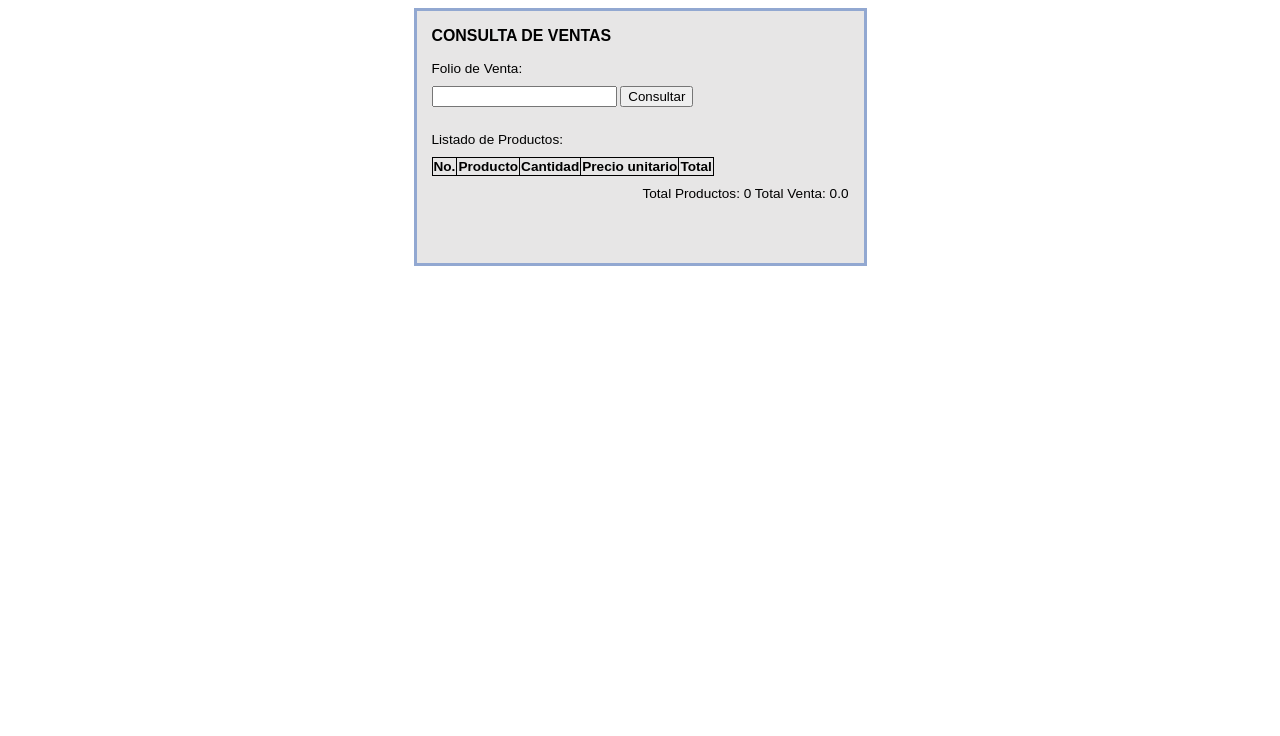
Repository: juanmondragonc/torre-project
Page: http://localhost/torre/sales
An editor plug-in stored every save of this project. The page is shown before and after the next save, followed by the edit.
The browser window is 1280 px wide. The pictures show the whole page.
The page is served by Tomcat 9. The session is filled in as if someone had signed in: {"username": "testuser"}. Other server files are loaded and not shown. Queries for data that is not in the repository find no rows.

Above is the page before, as saved 2022-08-10 21:10:13.

### torre/src/main/webapp/index.jsp
<%@ taglib prefix="c" uri="http://java.sun.com/jsp/jstl/core" %>
<%@ page language="java" contentType="text/html; charset=UTF-8" pageEncoding="UTF-8"%>
<%
	if(session.getAttribute("username")==null){
		response.sendRedirect("login.jsp");
	}
%>

<!DOCTYPE html>
<html>
<head>
	<link rel="stylesheet" href="css/style.css">
</head>
<body>
	<div class="container">
		<div class="section-sale">
			<form method="get" action="sales">
			<h3>CONSULTA DE VENTAS</h3>
				<div class="form-group">
					<label>Folio de Venta:</label>
				</div>
				<div class="form-group">
					<input type="text" name="invoice" id="invoice" />
					<input type="submit" value="Consultar"/>
				</div>
			</form>
			<div class="table-group">
				<label>Listado de Productos:</label>
			</div>
			<div class="horizontal-scroll">
				<table>
				  <tr>
				    <th>No.</th>
				    <th>Producto</th>
				    <th>Cantidad</th>
				    <th>Precio unitario</th>
				    <th>Total</th>
				  </tr>
					<c:forEach var="product" items="${Products}">
						<tr>
							<td>${product.pos}</td>
							<td>${product.product}</td>
							<td>${product.quantity}</td>
							<td>${product.price}</td>
							<td>${product.quantity * product.price}</td>
						</tr>
				  	</c:forEach>
				</table>
			</div>

			<div class="total-group">
				<label>Total Productos: <c:out value="${Items}"/></label>
				<label>Total Venta: <c:out value="${Sale}"/></label>
			</div>
		</div>
	</div>
</body>
</html>

### torre/src/main/java/com/torre/sales/SalesServlet.java
package com.torre.sales;

import java.io.IOException;
import java.sql.Connection;
import java.sql.DriverManager;
import java.sql.PreparedStatement;
import java.sql.ResultSet;
import java.util.ArrayList;
import java.util.List;

import javax.servlet.ServletException;
import javax.servlet.annotation.WebServlet;
import javax.servlet.http.HttpServlet;
import javax.servlet.http.HttpServletRequest;
import javax.servlet.http.HttpServletResponse;

import com.torre.model.Invoice;

@WebServlet("/sales")
public class SalesServlet extends HttpServlet {
	private static final long serialVersionUID = 1L;

    /**
     * @see HttpServlet#HttpServlet()
     */
    public SalesServlet() {
        super();
        // TODO Auto-generated constructor stub
    }

	/**
	 * @see HttpServlet#doGet(HttpServletRequest request, HttpServletResponse response)
	 */
	protected void doGet(HttpServletRequest request, HttpServletResponse response) throws ServletException, IOException {
		String invoice = request.getParameter("invoice");
		try {
			Class.forName("com.mysql.cj.jdbc.Driver");
			Connection conn = DriverManager.getConnection("jdbc:mysql://localhost:3306/torre_project","root","");
			PreparedStatement query = conn.prepareStatement("SELECT * FROM tb_sales WHERE invoice = ?");
			query.setString(1, invoice);
			ResultSet result = query.executeQuery();
			List<Invoice> list = new ArrayList<>();
			int pos = 1;
			int items = 0;
			float sale = 0;
			while (result.next()) {
				Invoice inv = new Invoice();
				inv.setId(result.getInt(1));
				inv.setPos(pos++);
				inv.setInvoice(result.getInt(2));
				inv.setProduct(result.getString(3));
				inv.setQuantity(result.getInt(4));
				inv.setPrice(result.getFloat(5));
				list.add(inv);
				items = items + result.getInt(4);
				sale = sale + (result.getInt(4) * result.getFloat(5));
			}
			request.setAttribute("Products", list);
			request.setAttribute("Items", items);
			request.setAttribute("Sale", sale);
			request.getRequestDispatcher("index.jsp").forward(request, response);

		}catch (Exception e){
			e.printStackTrace();
		}
	}

	/**
	 * @see HttpServlet#doPost(HttpServletRequest request, HttpServletResponse response)
	 */
	protected void doPost(HttpServletRequest request, HttpServletResponse response) throws ServletException, IOException {
		// TODO Auto-generated method stub
		doGet(request, response);
	}

}

### torre/src/main/webapp/css/style.css
 body {
 	font-family: sans-serif;
 	font-size: 0.85em;
}
 .container {
 	height: 100vh;
 	width: auto;
 	justify-content: center;
 	display: flex;
 }
 table, th, td {
	border: 1px solid black;
	border-collapse: collapse;
	min-width: rem-calc(640);
}
.horizontal-scroll {
	overflow: hidden;
	overflow-x: auto;
	clear: both;
	width: 100%;
}

.form-group {
 	position: relative;
 	margin-bottom: 10px;
	overflow: hidden;
}
.table-group {
	position: relative;
	margin-top: 25px;
	margin-bottom: 10px;
	overflow: hidden;
}
.total-group {
	position: relative;
	margin-top: 10px;
	overflow: hidden;
	align-items:right;
	text-align: right;
	padding-right: 15px;
}
.section-login{
	padding-left: 15px;
	width: 40vh;
	height:22vh;
	background-color: #e7e6e6;
	border-style: solid;
  	border-color: #92a8d1;
}
.section-sale{
	padding-left: 15px;
	width: 60vh;
	height:35vh;
	background-color: #e7e6e6;
	border-style: solid;
  	border-color: #92a8d1;
}
.col-25 {
	float: left;
	width: 25%;
}
.col-75 {
	float: left;
	width: 75%;
}
.center{
	align-items:center;
	text-align: center;
}

After the next save:
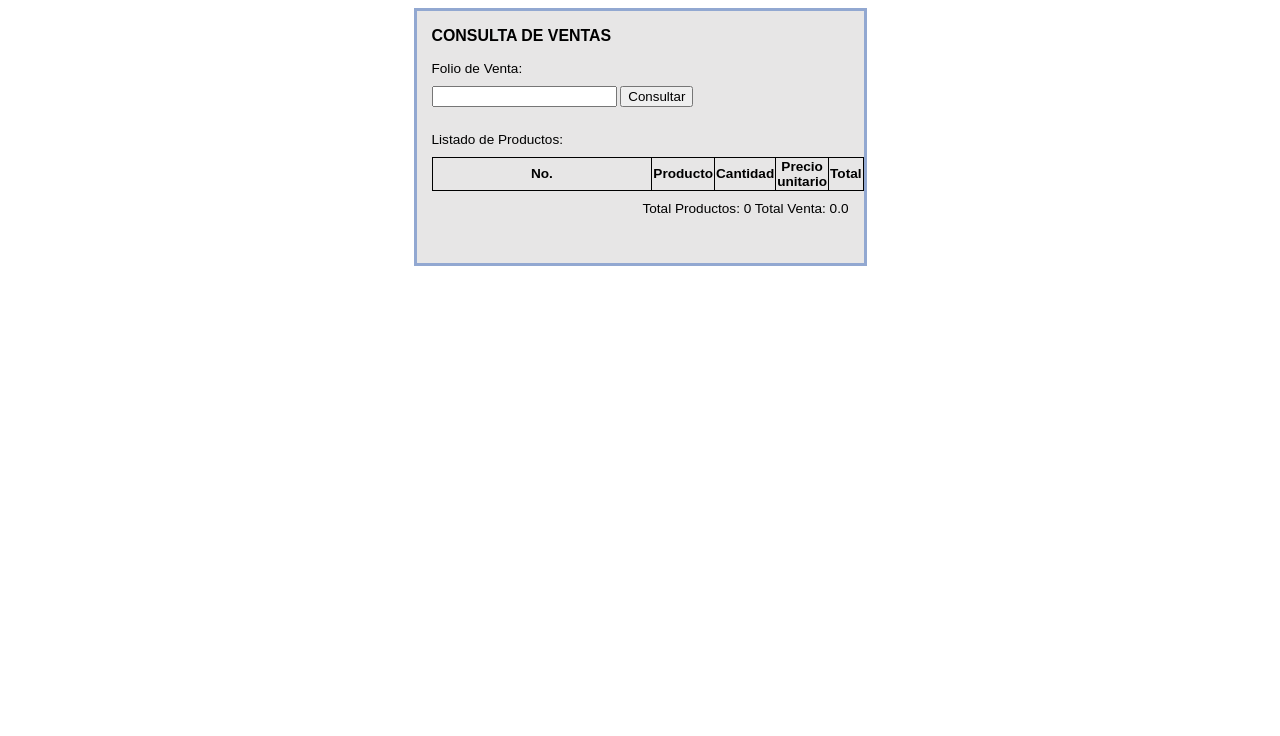
Saved 49 s later.
--- a/torre/src/main/webapp/css/style.css
+++ b/torre/src/main/webapp/css/style.css
@@ -11,7 +11,7 @@
  table, th, td {
 	border: 1px solid black;
 	border-collapse: collapse;
-	min-width: rem-calc(640);
+	width: 100%;
 }
 .horizontal-scroll {
 	overflow: hidden;
